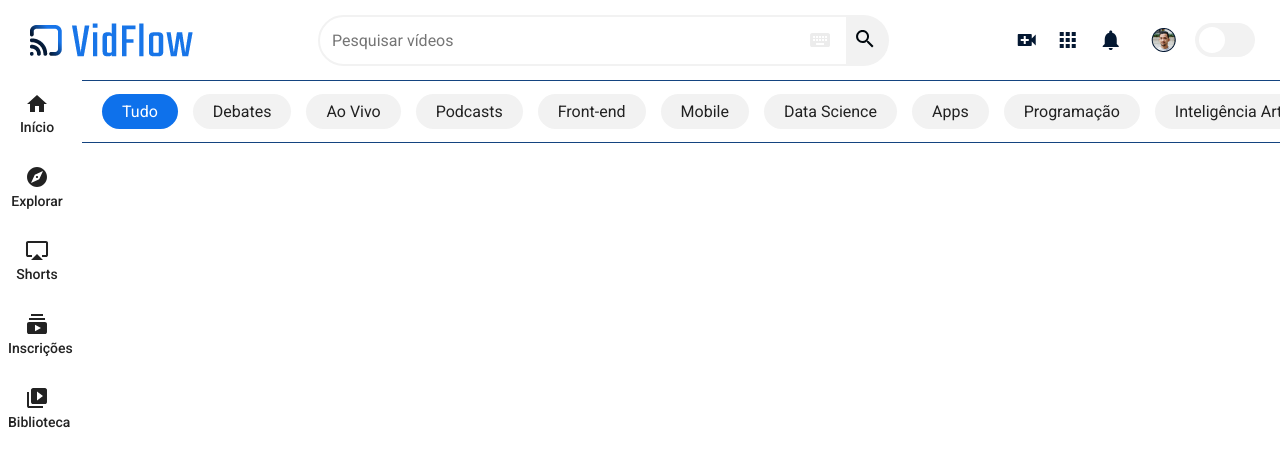
Repository: joaoPraiaJunior/curso-consumindo-api
Page: index.html
The author's editor kept a copy of each file at every save. The page is drawn from the files as they stood at one save, then again after the next save.
The browser window is 1280 px wide. The pictures show the whole page.
The page's requests for data from a server got no answer.

Above is the page before, as saved 2024-08-16 21:43:05.

### index.html
<!DOCTYPE html>
<html lang="pt-br" dir="ltr">
<head>
    <meta charset="UTF-8">
    <meta name="viewport" content="width=device-width, initial-scale=1.0">
    <link href="https://fonts.googleapis.com/css2?family=Roboto:wght@400;500;700&display=swap" rel="stylesheet">
    <link rel="stylesheet" href="./css/reset.css">
    <link rel="stylesheet" href="./css/estilos.css">
    <link rel="stylesheet" href="./css/flexbox.css">
    <title>VidFlow</title>
    <link rel="shortcut icon" href="./img/Favicon.png" type="image/x-icon">
</head>
<body>
    <header>
        <nav class="cabecalho__container">
            <div class="logo__item">
                <a href="/"><img src="./img/modo_claro/vidflow-logo-light-mode.png" alt="Página do VidFlow"></a>
            </div>
            <div class="cabecalho__pesquisar__item">
                <form class="form__pesquisa">
                    <input type="search" name="pesquisar" class="pesquisar__input" placeholder="Pesquisar vídeos" data-js="barra-de-pesquisa">
                    <img src="./img/modo_claro/menu_superior/keyboard.svg" alt="Ícone de teclado" class="pesquisar__input-teclado">
                    <button class="pesquisar__btn">
                        <img src="./img/modo_claro/menu_superior/search.svg" alt="Ícone de lupa">
                    </button>
                </form>
            </div>
            <div class="secao-links-e-botao-switch">
                <ul aria-label="Links do cabeçalho" class="cabecalho__links">
                    <li><a href="#" class="cabecalho__videos" aria-label="Criar vídeos" title="Criar vídeos"></a></li>
                    <li><a href="#" class="cabecalho__apps" aria-label="Aplicativos"></a></li>
                    <li><a href="#" class="cabecalho__notificacoes" aria-label="Notificações"></a></li>
                    <li><a href="#" class="cabecalho__avatar" aria-label="Perfil de usuário"></a></li>
                </ul>

                <label class="cabecalho__switch">
                    <input type="checkbox" class="cabecalho__switch-input" data-js="modo-escuro" aria-label="Modo claro">
                    <span class="cabecalho__switch-slider"></span>
                </label>
            </div>
        </nav>
    </header>
    <!-- Menu lateral -->

    <div class="menu__container-wrapper">
        <aside class="menu__container">
            <section class="menu__secao" aria-label="Links principais">
                <ul class="menu__lista menu__links-principais">
                    <li>
                        <a class="menu__itens" href="#">
                            <i class="icone__inicio"></i>
                            <span>Início</span>
                        </a>
                    </li>

                    <li>
                        <a class="menu__itens" href="#">
                            <i class="icone__explorar"></i>
                            <span>Explorar</span>
                        </a>
                    </li>

                    <li>
                        <a class="menu__itens" href="#">
                            <i class="icone__shorts"></i>
                            <span>Shorts</span>
                        </a>
                    </li>

                    <li>
                        <a class="menu__itens" href="#">
                            <i class="icone__inscricoes"></i>
                            <span>Inscrições</span>
                        </a>
                    </li>

                    <li>
                        <a class="menu__itens" href="#">
                            <i class="icone__biblioteca"></i>
                            <span>Biblioteca</span>
                        </a>
                    </li>
                </ul>
            </section>

            <section class="menu__secao" aria-label="Links para vídeos guardados na conta">
                <ul class="menu__lista">
                    <li>
                        <a class="menu__itens" href="#">
                            <i class="icone__historico"></i>
                            <span>Histórico</span>
                        </a>
                    </li>

                    <li>
                        <a class="menu__itens" href="#">
                            <i class="icone__relogio"></i>
                            <span>Assistir mais tarde</span>
                        </a>
                    </li>

                    <li>
                        <a class="menu__itens" href="#">
                            <i class="icone__like"></i>
                            <span>Marcados com like</span>
                        </a>
                    </li>
                </ul>
            </section>

            <section class="menu__secao" aria-labelledby="inscricoes" data-js="secao-menu">
                <h2 id="inscricoes" class="menu__secao-titulo">Inscrições</h2>

                <ul id="menu__canais" class="menu__lista">
                    <li class="menu__canal">
                        <a class="menu__itens" href="#">
                            <i class="icone__alura"></i>
                            <span>Alura</span>
                        </a>
                    </li>

                    <li class="menu__canal">
                        <a class="menu__itens" href="#">
                            <i class="icone__gaveta"></i>
                            <span>Gaveta</span>
                        </a>
                    </li>

                    <li class="menu__canal">
                        <a class="menu__itens" href="#">
                            <i class="icone__ballerini"></i>
                            <span>Rafaella Ballerini</span>
                        </a>
                    </li>

                    <li class="menu__canal">
                        <a class="menu__itens" href="#">
                            <i class="icone__iamarino"></i>
                            <span>Atila Iamarino</span>
                        </a>
                    </li>

                    <li class="menu__canal">
                        <a class="menu__itens" href="#">
                            <i class="icone__souto"></i>
                            <span>Mario Souto</span>
                        </a>
                    </li>

                    <li class="menu__canal">
                        <a class="menu__itens" href="#">
                            <i class="icone__nerd"></i>
                            <span>Jovem Nerd</span>
                        </a>
                    </li>

                    <li class="menu__canal">
                        <a class="menu__itens" href="#">
                            <i class="icone__deschamps"></i>
                            <span>Felipe Deschamps</span>
                        </a>
                    </li>
                </ul>
            </section>

            <section class="menu__secao" aria-labelledby="mais-da-pagina" data-js="secao-menu">
                <h2 id="mais-da-pagina" class="menu__secao-titulo">
                    Mais da página
                </h2>

                <ul id="mais__paginas" class="menu__lista">
                    <li class="premium">
                        <a class="menu__itens" href="#">
                            <i class="icone__videos"></i>
                            <span>Vídeo Premium</span></a>
                    </li>

                    <li class="filmes">
                        <a class="menu__itens" href="#">
                            <i class="icone__filmes"></i>
                            <span>Filmes</span></a>
                    </li>

                    <li class="jogos">
                        <a class="menu__itens" href="#">
                            <i class="icone__jogos"></i>
                            <span>Jogos</span></a>
                    </li>

                </ul>
            </section>
        </aside>
    </div>
    <main>
        <div class="superior__secao__container">
            <button name="Tudo" class="botao-categoria selecionado" data-js="botao-categoria">
                Tudo
            </button>

            <button name="Debates" class="botao-categoria" data-js="botao-categoria">
                Debates
            </button>

            <button name="Ao Vivo" class="botao-categoria" data-js="botao-categoria">
                Ao Vivo
            </button>

            <button name="Podcasts" class="botao-categoria" data-js="botao-categoria">
                Podcasts
            </button>

            <button name="Front-end" class="botao-categoria" data-js="botao-categoria">
                Front-end
            </button>

            <button name="Mobile" class="botao-categoria" data-js="botao-categoria">
                Mobile
            </button>

            <button name="Data Science" class="botao-categoria" data-js="botao-categoria">
                Data Science
            </button>

            <button name="Apps" class="botao-categoria" data-js="botao-categoria">
                Apps
            </button>

            <button name="Programação" class="botao-categoria" data-js="botao-categoria">
                Programação
            </button>

            <button name="Inteligência Artificial" class="botao-categoria" data-js="botao-categoria">
                Inteligência Artificial
            </button>
            <button name="Inovação" class="botao-categoria" data-js="botao-categoria">
                Inovação
            </button>
        </div>
            <h1> Seção de vídeos </h1>
        <ul class="videos__container" data-js="container-videos">

        </ul>
    </main>
    <script type="module" src="js/script.js"></script>
</body>
</html>

### css/estilos.css
*,
*::before,
*::after {
  box-sizing: border-box;
  transition: background-color 0.2s linear;
}

:root {
  --azul-profundo: #01080e;
  --azul-escuro: #041832;
  --azul-medio: #144480;
  --azul-destaque-light: #0e71eb;
  --azul-destaque-dark: #1a76d8;
  --cinza-escuro: #222222;
  --cinza-medio: #c5c5c5;
  --cinza-claro: #f2f2f2;
  --branco: #ffffff;

  /* Variáveis semânticas */
  --bg-cor-principal: var(--branco);
  --bg-cor-secundaria: var(--cinza-claro);
  --fonte-cor-principal: var(--cinza-escuro);
}

:root.modo-escuro {
  --bg-cor-principal: var(--azul-profundo);
  --bg-cor-secundaria: var(--cinza-medio);
  --fonte-cor-principal: var(--cinza-medio);
}

body {
  font-family: Roboto, Arial, Helvetica, sans-serif;
  background-color: var(--bg-cor-principal);
  position: relative;
  width: 100%;
  height: 100vh;
  overflow: auto;
  font-size: 14px;
  color: var(--fonte-cor-principal);
  box-sizing: border-box;
  text-align: center;
}

::-webkit-scrollbar {
  width: 0;
  height: 0;
}

input[type="search"]::-webkit-search-decoration,
input[type="search"]::-webkit-search-cancel-button,
input[type="search"]::-webkit-search-results-button,
input[type="search"]::-webkit-search-results-decoration {
  display: none;
}

/* CABEÇALHO */

.cabecalho__container {
  background-color: var(--bg-cor-principal);
  height: 80px;
  width: 100%;
  padding: 0 25px;
}

.logo__item {
  padding: 15px 0px;
}

.pesquisar__input {
  position: relative;
  padding: 14px 12px;
  background-color: var(--bg-cor-principal);
  border: 2px solid var(--bg-cor-secundaria);
  border-radius: 32px 0px 0px 32px;
  font-size: 16px;
}

.pesquisar__input-teclado {
  position: absolute;
  right: 58px;
  top: 37%;
}

.pesquisar__btn {
  background-color: var(--bg-cor-secundaria);
  border: 0px;
  border-radius: 0px 32px 32px 0px;
  padding: 8px;
  padding-right: 15px;
  border-left: none;
  cursor: pointer;
}

.cabecalho__links {
  display: flex;
  align-items: center;
}

.cabecalho__videos {
  background-image: url("../img/modo_claro/menu_superior/video_call.svg");
  background-repeat: no-repeat;
  background-position: center;
  padding: 20px;
}

:root.modo-escuro .cabecalho__videos {
  background-image: url("../img/modo_escuro/menu_superior/video_call.svg");
}

.cabecalho__apps {
  background-image: url("../img/modo_claro/menu_superior/apps.svg");
  background-repeat: no-repeat;
  background-position: center;
  padding: 13px 30px 13px 13px;
}

:root.modo-escuro .cabecalho__apps {
  background-image: url("../img/modo_escuro/menu_superior/apps.svg");
}

.cabecalho__notificacoes {
  background-image: url("../img/modo_claro/menu_superior/notifications.svg");
  background-repeat: no-repeat;
  background-position: center;
  padding: 13px 30px 13px 13px;
}

:root.modo-escuro .cabecalho__notificacoes {
  background-image: url("../img/modo_escuro/menu_superior/notifications.svg");
}

.cabecalho__avatar {
  background-image: url("../img/modo_claro/menu_superior/Avatar.png");
  background-repeat: no-repeat;
  background-position: center;
  padding: 13px 30px 13px 33px;
}

:root.modo-escuro .cabecalho__avatar {
  background-image: url("../img/modo_escuro/menu_superior/Avatar.png");
}

.cabecalho__switch {
  position: relative;
  display: inline-block;
  padding: 13px 30px 13px 13px;
  width: 60px;
  height: 34px;
}

.cabecalho__switch-input {
  opacity: 0;
  width: 0;
  height: 0;
}

.cabecalho__switch-slider {
  position: absolute;
  cursor: pointer;
  top: 0;
  left: 0;
  right: 0;
  bottom: 0;
  background-color: var(--cinza-claro);
  transition: 0.4s;
  border-radius: 34px;
}

.cabecalho__switch-slider::before {
  position: absolute;
  content: "";
  height: 26px;
  width: 26px;
  left: 4px;
  bottom: 4px;
  background-color: var(--branco);
  transition: 0.4s;
  border-radius: 50%;
}

.cabecalho__switch-input:checked + .cabecalho__switch-slider {
  background-color: var(--azul-destaque-dark);
}

.cabecalho__switch-input:checked + .cabecalho__switch-slider::before {
  -webkit-transform: translateX(26px);
  -ms-transform: translateX(26px);
  transform: translateX(26px);
  background-color: var(--cinza-claro);
}

.cabecalho__switch-input:focus+.cabecalho__switch-slider {
  outline: auto 1px;
}

/* MENU LATERAL */

.menu__container {
  font-size: 14px;
  background-color: var(--bg-cor-principal);
}

.menu__container::-webkit-scrollbar {
  width: 16px;
  background: transparent;
}

.menu__container::-webkit-scrollbar-track {
  background: transparent;
}

.menu__container-wrapper:hover .menu__container::-webkit-scrollbar-thumb {
  background: var(--cinza-medio);
  border-radius: 8px;
  border: 4px solid transparent;
  background-clip: content-box;
}

.icone__inicio::before {
  content: url("../img/modo_claro/menu_lateral/home.svg");
}

:root.modo-escuro .icone__inicio::before {
  content: url("../img/modo_escuro/menu_lateral/home.svg");
}

.icone__explorar::before {
  content: url("../img/modo_claro/menu_lateral/explore.svg");
}

:root.modo-escuro .icone__explorar::before {
  content: url("../img/modo_escuro/menu_lateral/explore.svg");
}

.icone__shorts::before {
  content: url("../img/modo_claro/menu_lateral/airplay.svg");
}

:root.modo-escuro .icone__shorts::before {
  content: url("../img/modo_escuro/menu_lateral/airplay.svg");
}

.icone__inscricoes::before {
  content: url("../img/modo_claro/menu_lateral/subscriptions.svg");
}

:root.modo-escuro .icone__inscricoes::before {
  content: url("../img/modo_escuro/menu_lateral/subscriptions.svg");
}

.icone__biblioteca::before {
  content: url("../img/modo_claro/menu_lateral/video_library.svg");
}

:root.modo-escuro .icone__biblioteca::before {
  content: url("../img/modo_escuro/menu_lateral/video_library.svg");
}

.icone__historico::before {
  content: url("../img/modo_claro/menu_lateral/history.svg");
}

:root.modo-escuro .icone__historico::before {
  content: url("../img/modo_escuro/menu_lateral/history.svg");
}

.icone__relogio::before {
  content: url("../img/modo_claro/menu_lateral/history_toggle_off.svg");
}

:root.modo-escuro .icone__relogio::before {
  content: url("../img/modo_escuro/menu_lateral/history_toggle_off.svg");
}

.icone__like::before {
  content: url("../img/modo_claro/menu_lateral/thumb_up_alt.svg");
}

:root.modo-escuro .icone__like::before {
  content: url("../img/modo_escuro/menu_lateral/thumb_up_alt.svg");
}

.icone__alura::before {
  content: url("../img/modo_claro/menu_lateral/Avatar_Alura.png");
}

.icone__gaveta::before {
  content: url("../img/modo_claro/menu_lateral/Avatar_Gaveta.png");
}

.icone__ballerini::before {
  content: url("../img/modo_claro/menu_lateral/Avatar_Rafa.png");
}

.icone__iamarino::before {
  content: url("../img/modo_claro/menu_lateral/Avatar_Atila.png");
}

.icone__souto::before {
  content: url("../img/modo_claro/menu_lateral/Avatar_Souto.png");
}

.icone__nerd::before {
  content: url("../img/modo_claro/menu_lateral/Avatar_Jovem_Nerd.png");
}

.icone__deschamps::before {
  content: url("../img/modo_claro/menu_lateral/Avatar_Deschamps.png");
}

.icone__mostrar::before {
  content: url("../img/modo_claro/menu_lateral/keyboard_arrow_down.svg");
}

:root.modo-escuro .icone__mostrar::before {
  content: url("../img/modo_escuro/menu_lateral/keyboard_arrow_down.svg");
}

.icone__mostrar-rotacionado {
  transform: rotateX(0.5turn);
}

.icone__videos::before {
  content: url("../img/modo_claro/menu_lateral/ondemand_video.svg");
}

:root.modo-escuro .icone__videos::before {
  content: url("../img/modo_escuro/menu_lateral/ondemand_video.svg");
}

.icone__filmes::before {
  content: url("../img/modo_claro/menu_lateral/movie.svg");
}

:root.modo-escuro .icone__filmes::before {
  content: url("../img/modo_escuro/menu_lateral/movie.svg");
}

.icone__jogos::before {
  content: url("../img/modo_claro/menu_lateral/sports_esports.svg");
}

:root.modo-escuro .icone__jogos::before {
  content: url("../img/modo_escuro/menu_lateral/sports_esports.svg");
}

/* SECAO SUPERIOR */

.superior__secao__container {
  height: 63px;
  color: var(--branco);
  font-size: 16px;
  background-color: var(--bg-cor-principal);
  padding: 0 20px;
  position: fixed;
  top: 80px;
  right: 0;
  left: 0;
  overflow-x: scroll;
}

/* .superior__itens {
    position: relative;
} */

.botao-categoria {
  display: inline-block;
  font-size: 16px;
  color: var(--fonte-cor-principal);
  background-color: var(--cinza-claro);
  border-radius: 20px;
  padding: 8px 20px;
  cursor: pointer;
}

.botao-categoria:hover {
  background-color: var(--cinza-medio);
  color: var(--cinza-escuro);
  transition: 0.5s;
}

.botao-categoria.selecionado {
  background: var(--azul-destaque-light);
  color: var(--branco);
}

:root.modo-escuro .botao-categoria {
  background-color: var(--azul-escuro);
  color: var(--cinza-medio);
}

:root.modo-escuro .botao-categoria:hover {
  background-color: var(--cinza-medio);
  color: var(--cinza-escuro);
}

:root.modo-escuro .botao-categoria.selecionado {
  background-color: var(--azul-destaque-dark);
  color: var(--branco);
}

/* SEÇÃO VÍDEOS */

.videos__titulo {
  color: var(--fonte-cor-principal);
  font-size: 20px;
  position: relative;
  text-align: left;
  padding: 185px 0 0 250px;
}

.videos__container {
  color: black;
  padding: 30px 20px 10px 20px;
}

iframe {
  border-radius: 10px;
  width: 100%;
  height: 62%;
}

.descricao-video .link-img-canal {
  border-radius: 100%;
  width: 40px;
  height: 40px;
}

.descricao-video .titulo-video {
  font-weight: 700;
  font-size: 16px;
  color: var(--fonte-cor-principal);
}

.descricao-video .titulo-canal {
  font-size: 14px;
  color: var(--fonte-cor-principal);
}

.descricao-video .categoria {
  font-size: 14px;
  color: var(--fonte-cor-principal);
}

@media (min-width: 834px) {
  body {
    height: 100vh;
  }

  /* ESTILOS DO MENU LATERAL */

  .menu__container {
    font-size: 16px;
  }

  .menu__secao-titulo {
    display: block;
    padding: 24px 16px 0;
    text-align: start;
    font-weight: 500;
    text-transform: uppercase;
  }

  .menu__lista {
    padding: 16px 8px;
  }

  .menu__lista li {
    width: 100%;
  }

  .menu__lista .menu__itens {
    font-size: 14px;
  }

  .menu__links-principais .menu__itens {
    font-weight: 500;
  }

  .icone__mostrar {
    transition: transform .5s;
  }

  .menu__botao-expandir-canais[aria-expanded="true"] .icone__mostrar {
    transform: rotate(180deg);
  }

  /* ESTILOS DA SECAO SUPERIOR */

  .superior__secao__container {
    border-top: var(--azul-medio) 1px solid;
    border-bottom: var(--azul-medio) 1px solid;
    width: auto;
    left: 82px;
  }

  /*ESTILOS SEÇÃO VÍDEOS */

  .videos__container {
    padding-left: 90px;
    padding-right: 17px;
  }
}

@media (min-width: 1440px) {
  /* SEÇÃO SUPERIOR */

  .superior__secao__container {
    left: 247px;
  }

  /* ESTILOS DO MENU LATERAL */

  .menu__secao {
    border-bottom: 1.5px solid var(--azul-medio);
  }

  /* ESTILOS VIDEOS */

  .videos__container {
    padding-right: 10px;
    padding-left: 248px;
  }
}

### css/flexbox.css
/* CABEÇALHO */

.cabecalho__container {
  display: flex;
  justify-content: space-between;
  align-items: center;
  position: fixed;
  top: 0;
}

.cabecalho__pesquisar__item {
  display: none;
}

.form__pesquisa {
  position: relative;
  flex: 1;
  display: flex;
  justify-content: center;
}

.secao-links-e-botao-switch {
  display: flex;
}

/* MENU */

.menu__container {
  position: fixed;
  bottom: 0%;
  height: 74px;
  width: 100%;
}

.menu__secao {
  height: 100%;
}

.menu__secao:nth-child(2),
.menu__secao:nth-child(3),
.menu__secao:nth-child(4) {
  display: none;
}

.menu__lista {
  display: flex;
  justify-content: space-around;
  height: 100%;
}

.menu__lista li {
  align-self: center;
}

.menu__itens {
  display: flex;
  flex-direction: column;
  gap: 5px;
}

/* SEÇÃO SUPERIOR */

.superior__secao__container {
  display: flex;
  align-items: center;
  white-space: nowrap;
  gap: 15px;
}


/* VIDEO */

.videos__container {
  display: flex;
  flex-wrap: wrap;
  gap: 10px;
}

.videos__item {
  display: block;
  height: 303px;
  width: 280px;
  flex-grow: 1;
}

.videos__item.escondido {
  display: none;
}

.descricao-video {
  margin-top: 1rem;
  display: grid;
  text-align: start;
  column-gap: 1rem;
  row-gap: 10px;
  grid-template-columns: auto 1fr;
}

.descricao-video .link-img-canal {
  grid-area: 1 / 1 / 3 / 2;
}

.descricao-video .img-canal {
  grid-area: 1 / 1 / 3 / 2;
}

.descricao-video .categoria {
    grid-area: 3 / 2 / 4 / 3;
}

@media (min-width: 834px) {
  /* MENU LATERAL*/

  .menu__container {
    left: 0;
    height: auto;
    width: 74px;
    top: 80px;
  }

  .menu__lista {
    flex-direction: column;
    justify-content: flex-start;
    padding-top: 15px;
    gap: 33px;
  }
}

@media (min-width: 1156px) {
  /* CABEÇALHO */

  .cabecalho__pesquisar__item {
    display: block;
  }

  .pesquisar__input {
    width: 530px;
  }
}

@media (min-width: 1440px) {
  /* MENU */

  .menu__container {
    width: 239px;
    overflow: scroll;
  }

  .menu__secao {
    height: auto;
  }

  .menu__secao:nth-child(2),
  .menu__secao:nth-child(3),
  .menu__secao:nth-child(4) {
    display: block;
  }

  .menu__lista {
    height: auto;
    padding: 20px 17px 20px 15px;
    gap: 15px;
  }

  .menu__itens {
    flex-direction: row;
    gap: 15px;
    align-items: center;
  }

  .menu__lista li.escondido {
    display: none;
  }

  .menu__botao-expandir-canais {
    padding: 0 16px 24px;
    cursor: pointer;
  }
}

### js/script.js
import expandirMenu from "./expandirMenu.js";
import filtrarVideos from "./filtrarVideos.js";
import filtrarVideosPorBotoes from "./filtrarVideosPorBotoes.js";
import temaEscuro from "./temaEscuro.js";
import videos from "./videos.js";


videos();
filtrarVideos();
filtrarVideosPorBotoes();
temaEscuro();
expandirMenu();

### js/filtrarVideos.js
function filtrarVideos() {

    const elementos = {
        barraDePesquisa: '[data-js="barra-de-pesquisa"]',
        videos: '[data-js="videos"]',
        tituloDoVideo: '[data-js="titulo-video"]'
    }

    const barraDePesquisa = document.querySelector(elementos.barraDePesquisa);


    function filtrarPesquisa() {
        const videos = document.querySelectorAll(elementos.videos);
        const valorDoFiltro = barraDePesquisa.value.toLowerCase();
        videos.forEach((video) => {
            const titulo = video.querySelector(elementos.tituloDoVideo).textContent.toLowerCase();
            video.style.display = valorDoFiltro ? titulo.includes(valorDoFiltro) ? "block" : "none" : "block";
        });
    }

    barraDePesquisa.addEventListener('input', filtrarPesquisa);

}

export default filtrarVideos;

### js/filtrarVideosPorBotoes.js
function filtrarVideosPorBotoes() {

    const elementos = {
        botaoCategoria: '[data-js="botao-categoria"]',
        videos: '[data-js="videos"]',
        categoria: '[data-js="categoria"]',
    }

    const botaoCategoria = document.querySelectorAll(elementos.botaoCategoria);

    botaoCategoria.forEach(botao => {
        let nomeDaCategoria = botao.getAttribute('name');
        botao.addEventListener('click', () => {
            filtrarPorCategoria(nomeDaCategoria);
            alteraOFocoDoBotao(botao);
        });
    });

    function alteraOFocoDoBotao(botao) {
        const botaoSetado = document.getElementsByClassName('selecionado');
        botaoSetado[0].classList.remove('selecionado');
        botao.classList.add('selecionado');
    }

    function filtrarPorCategoria(nomeDaCategoria) {
        const videos = document.querySelectorAll(elementos.videos);
        const valorDoFiltro = nomeDaCategoria.toLowerCase();
        videos.forEach((video) => {
            const categoria = video.querySelector(elementos.categoria).textContent.toLowerCase()
            video.style.display = valorDoFiltro !== "tudo" ? categoria.includes(valorDoFiltro) ? "block" : "none" : "block";
        });
    }
}

export default filtrarVideosPorBotoes;

Loaded but not shown: css/reset.css (common file); js/expandirMenu.js (69 lines, source omitted); js/videos.js (70 lines, source omitted); js/temaEscuro.js (40 lines, source omitted)

After the next save:
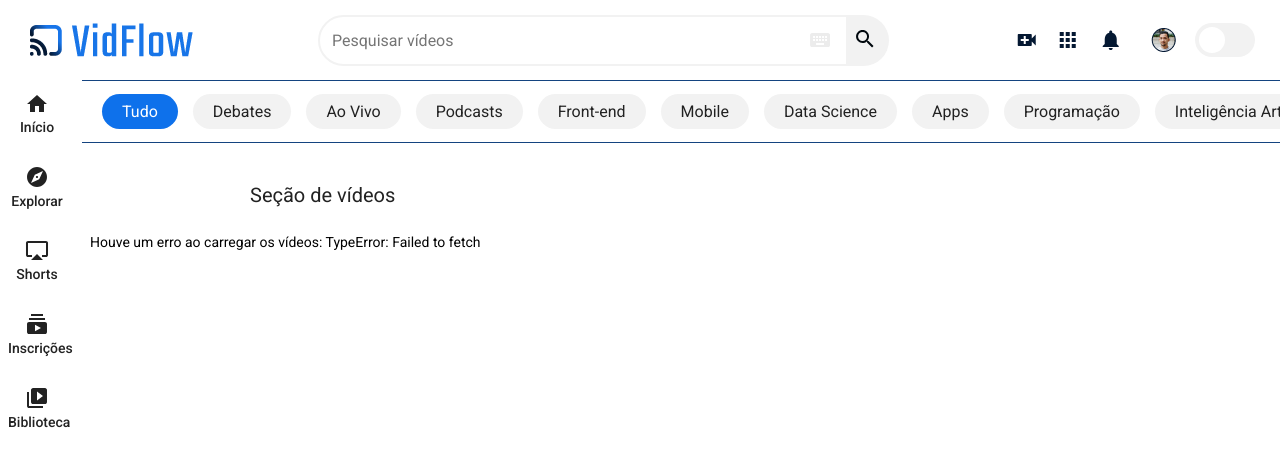
Saved 41 s later.
--- a/index.html
+++ b/index.html
@@ -236,7 +236,7 @@
                 Inovação
             </button>
         </div>
-            <h1> Seção de vídeos </h1>
+            <h1 class="videos__titulo"> Seção de vídeos </h1>
         <ul class="videos__container" data-js="container-videos">
 
         </ul>
